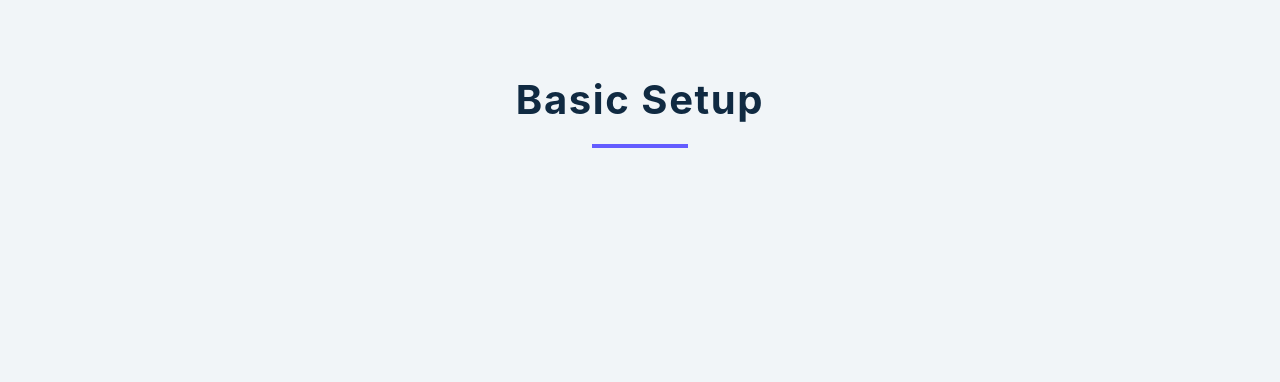
Repository: MateuszWorek/serverless-func-react
Page: /
An editor plug-in stored every save of this project. The page is shown before and after the next save, followed by the edit.
The browser window is 1280 px wide. The pictures show the whole page.
The page's requests for data from a server got no answer. The project was rebuilt for these pictures with package versions that can differ from the ones it lists, and the page was loaded fresh each time. No one was signed in, and anything a server would have sent is missing.

Above is the page before, as saved 2023-03-08 06:22:41.

### public/index.html
<!DOCTYPE html>
<html lang="en">
  <head>
    <meta charset="utf-8" />
    <link rel="icon" href="%PUBLIC_URL%/favicon.ico" />
    <meta name="viewport" content="width=device-width, initial-scale=1" />
    <meta name="theme-color" content="#000000" />
    <meta
      name="description"
      content="Web site created using create-react-app"
    />
    <link rel="apple-touch-icon" href="%PUBLIC_URL%/logo192.png" />
    <!--
      manifest.json provides metadata used when your web app is installed on a
      user's mobile device or desktop. See https://developers.google.com/web/fundamentals/web-app-manifest/
    -->
    <link rel="manifest" href="%PUBLIC_URL%/manifest.json" />
    <!--
      Notice the use of %PUBLIC_URL% in the tags above.
      It will be replaced with the URL of the `public` folder during the build.
      Only files inside the `public` folder can be referenced from the HTML.

      Unlike "/favicon.ico" or "favicon.ico", "%PUBLIC_URL%/favicon.ico" will
      work correctly both with client-side routing and a non-root public URL.
      Learn how to configure a non-root public URL by running `npm run build`.
    -->
    <title>Serverless and React</title>
  </head>
  <body>
    <noscript>You need to enable JavaScript to run this app.</noscript>
    <div id="root"></div>
    <!--
      This HTML file is a template.
      If you open it directly in the browser, you will see an empty page.

      You can add webfonts, meta tags, or analytics to this file.
      The build step will place the bundled scripts into the <body> tag.

      To begin the development, run `npm start` or `yarn start`.
      To create a production bundle, use `npm run build` or `yarn build`.
    -->
  </body>
</html>

### src/App.js
import Basic from './Basic';

function App() {
  return (
    <>
      <Basic />
    </>
  );
}

export default App;

### src/Basic.js
import React, { useEffect, useState } from 'react';
import axios from 'axios';
const url = 'https://temp-serverless-func-01.netlify.app/api/2-basic-api';

const Basic = () => {
  const [products, setProducts] = useState([]);
  const fetchData = async () => {
    try {
      const { data } = await axios.get(url);
      console.log(data);
      setProducts(data);
    } catch (error) {}
  };
  useEffect(() => {
    fetchData();
  }, []);

  return (
    <section className='section section-center'>
      <div className='title'>
        <h2>Basic setup</h2>
        <div className='title-underline'></div>
      </div>
      <div className='products'>
        {products.map((product) => {
          const {
            id,
            image: { url },
            name,
            price,
          } = product;
          return (
            <article className='product' key={id}>
              <img src={url} alt={name} />
              <div className='info' alt={name}>
                <h5>{name}</h5>
                <h5 className='price'>${price}</h5>
              </div>
            </article>
          );
        })}
      </div>
    </section>
  );
};

export default Basic;

### src/Airtable.js
import React from 'react';

const Airtable = () => {
  return <div>Airtable</div>;
};

export default Airtable;

Loaded but not shown: src/index.js (common file); src/index.css (common file)

After the next save:
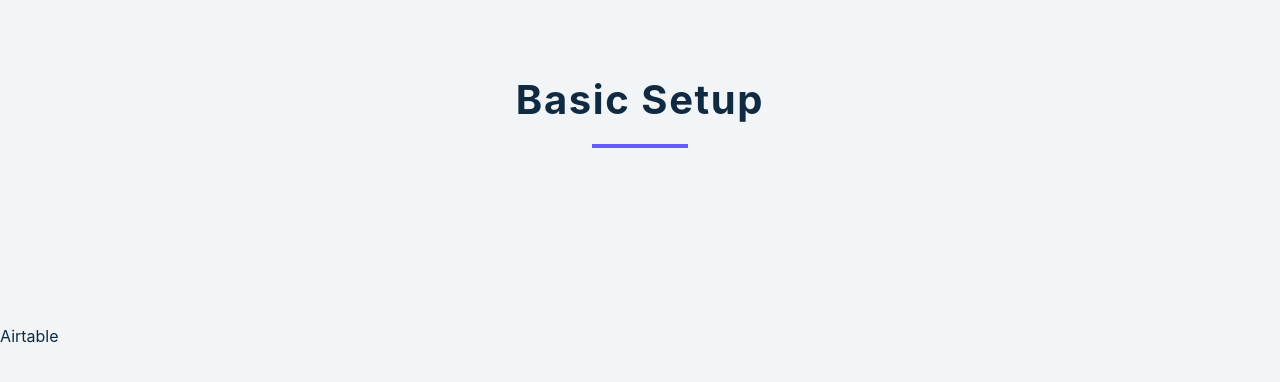
Saved 15 s later.
--- a/src/App.js
+++ b/src/App.js
@@ -1,9 +1,11 @@
 import Basic from './Basic';
+import Airtable from './Airtable';
 
 function App() {
   return (
     <>
       <Basic />
+      <Airtable />
     </>
   );
 }
